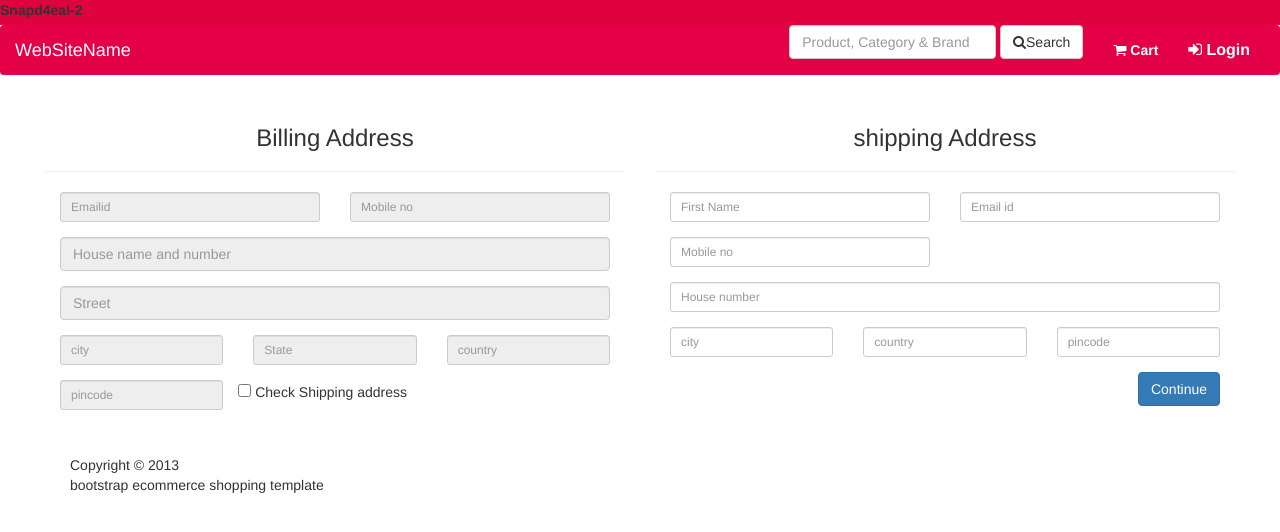
Repository: Aryans26/project
Page: http://localhost/frontend/WEB-INF/views/addressorder.jsp
The author's editor kept a copy of each file at every save. The page is drawn from the files as they stood at one save, then again after the next save.
The browser window is 1280 px wide. The pictures show the whole page.
Some web libraries are served in a nearby version. The page is served by Tomcat 9. Nobody is signed in. Other server files are loaded and not shown. The template is opened directly, without the code that normally fills it, so the values that code supplies are empty.

Above is the page before, as saved 2017-06-21 08:57:47.

### frontend/src/main/webapp/WEB-INF/views/addressorder.jsp
<%@ taglib prefix="c" uri="http://www.springframework.org/tags"%>
<%@ taglib prefix="form" uri="http://www.springframework.org/tags/form"%>
<!doctype html>
<html>
<head>
<c:url value="/resource" var="res" />

<!-- <link rel="stylesheet" ref="https://maxcdn.bootstrapcdn.com/bootstrap/3.3.7/css/bootstrap.min.css"> -->
<script
	src="https://ajax.googleapis.com/ajax/libs/jquery/3.2.1/jquery.min.js"></script>
<script
	src="https://maxcdn.bootstrapcdn.com/bootstrap/3.3.7/js/bootstrap.min.js"></script>
<link rel="stylesheet" href="${res}/css/bootstrap.min.css" />
<link rel="stylesheet" href="${res}/css/style.css" />
<link rel="stylesheet" href="${res}/css/font-awesome/css/font-awesome.min.css" />

</head>
<body>
	<%@include file="navbar.jsp"%>
	<div class="span11">

	<div class="col-md-12  col-sm-12  col-xs-8 "
	style="background: #fff; padding: 30px;">

	<div class="col-md-6 col-sm-6 col-xs-12">
		<h3 class="text-center">Billing Address</h3>

		<hr>
			<div class="col-xs-6 col-sm-6 col-md-6">
			<div class="form-group">
				<form:input type="text" path="user.U_email" name="email" class="form-control input-sm" placeholder="Emailid" disabled="true"/>
			</div>
		</div>
		<div class="col-xs-6 col-sm-6 col-md-6">
			<div class="form-group">
				<form:input type="number" name="mono" path="user.U_phoneno" disabled="true" class="form-control input-sm" placeholder="Mobile no"/>
			</div>
		</div>
		<div class="col-xs-12 col-sm-12 col-md-12">
			<div class="form-group">
				<form:input type="text" class="form-control" path="billing.House_no" disabled="true" placeholder="House name and number"/>

			</div>
		</div>
		<div class="col-xs-12 col-sm-12 col-md-12">
			<div class="form-group">
				<form:input type="text" class="form-control" path="billing.Street_name" disabled="true" placeholder="Street"/>

			</div>
		</div>

		<div class="col-xs-12 col-sm-4 col-md-4">
			<div class="form-group">
			<form:input type="text" name="City" disabled="true"
				class="form-control input-sm" placeholder="city" path="billing.City"/>
			</div>
		</div>
		<div class="col-xs-12 col-sm-4 col-md-4">
			<div class="form-group">
			<form:input type="text" name="City" disabled="true"
				class="form-control input-sm" placeholder="State" path="billing.State"/>
			</div>
		</div>
		<div class="col-xs-12 col-sm-4 col-md-4">
			<div class="form-group">
				<form:input type="text" name="Country" disabled="true"
				class="form-control input-sm" placeholder="country" path="billing.Country" />
			</div>
		</div>
		<div class="col-xs-12 col-sm-4 col-md-4">
			<div class="form-group">
			<form:input type="text" name="Pincode" disabled="true"
					class="form-control input-sm" placeholder="pincode" path="billing.Pincode" />
			</div>
		</div>
		<input class="coupon_question" type="checkbox" name="coupon_question"
			value="1"> <span class="item-text">Check Shipping
			address</span>
	</div>


	<div class="col-md-6 shipping col-sm-6 col-xs-12">
		<h3 class="text-center">shipping Address</h3>

		<hr>
	<c:url value="/orderConfirm" var="a"/>
		<form:form action="${a}" method="post" commandName="shippingAddress">


		<div class="col-xs-6 col-sm-6 col-md-6">
			<div class="form-group">
				<form:input type="text" name="first_name" id="first_name" class="form-control input-sm" placeholder="First Name" path="Ship_name"/>
			</div>
		</div>
<!-- 		<div class="col-xs-6 col-sm-6 col-md-6"> -->
<!-- 			<div class="form-group"> -->
<%-- 				<form:input type="text" name="last_name" id="last_name" class="form-control input-sm" placeholder="Last Name" path="lastname"/>  --%>
<!-- 			</div> -->
<!-- 		</div> -->

		<div class="col-xs-6 col-sm-6 col-md-6">
			<div class="form-group">
				<form:input type="text" name="first_name" id="first_name" class="form-control input-sm" placeholder="Email id" path="Ship_email"/>
			</div>
		</div>
		<div class="col-xs-6 col-sm-6 col-md-6">
			<div class="form-group">
				<form:input type="text" name="Mobile_no" class="form-control input-sm" placeholder="Mobile no" path="Ship_mono"/>
		</div>
</div>
		<div class="col-xs-12 col-sm-12 col-md-12">
			<div class="form-group">
				<form:input type="text" class="form-control input-sm" placeholder="House number" path="Ship_houseno"/>

			</div>
		</div>

		<div class="col-xs-12 col-sm-4 col-md-4">
			<div class="form-group">
				<form:input type="text"	class="form-control input-sm" placeholder="city" path="Ship_city"/>
			</div>
		</div>
		<div class="col-xs-12 col-sm-4 col-md-4">
			<div class="form-group">
				<form:input type="text"	class="form-control input-sm" placeholder="country" path="Ship_country"/>
			</div>
		</div>

		<div class="col-xs-12 col-sm-4 col-md-4">
			<div class="form-group">
				<form:input type="text" class="form-control input-sm" placeholder="pincode" path="Ship_pincode" />
			</div>
		</div>

	<div class="col-md-12">
		<input type="submit" class="btn btn-primary pull-right" value="Continue">
	</div>
   </form:form>
</div>
</div></div>
<!--
Footer
-->

<!-- /container -->

<div class="copyright">
<div class="container">

	<span>Copyright &copy; 2013<br> bootstrap ecommerce shopping template</span>
</div>
</div>
<a href="#" class="gotop"><i class="icon-double-angle-up"></i></a>

  </body>
</html>

### frontend/src/main/webapp/WEB-INF/views/navbar.jsp
<%@ taglib prefix="c" uri="http://www.springframework.org/tags"%>
<%@ taglib prefix="form" uri="http://www.springframework.org/tags/form"%>
<%@ taglib prefix="security" uri="http://www.springframework.org/security/tags" %>
<%@ taglib prefix="c1" uri="http://java.sun.com/jsp/jstl/core"%>
<!DOCTYPE html >
<html>
<head>
<meta http-equiv="Content-Type" content="text/html; charset=ISO-8859-1">
<title>Insert title here</title>
</head>
<body>
	<div class="headder">
		<b>Snapd4eal-2</b>
	</div>

	<nav class="navbar navbar-default" style="color: white;">
		<div class="container-fluid">
			<div class="navbar-header">
				<button type="button" class="navbar-toggle" data-toggle="collapse" data-target="#myNavbar">
					<span class="icon-bar"></span> <span class="icon-bar"></span>
					<span class="icon-bar"></span>
				</button>
				<a class="navbar-brand" href="<c:url value="/"/>"
					style="color: white;">WebSiteName</a>
				<form class="navbar-form navbar-right visible-sm visible-xs">
					<div class="form-group">
						<input type="text" class="form-control"
							placeholder="Product, Category & Brand">
					</div>
					<button type="submit" class="btn btn-default">
						<i class="fa fa-search"></i>Search
					</button>

				</form>
			</div>
			<div class="collapse navbar-collapse" id="myNavbar">
			<c1:if test="${pageContext.request.userPrincipal.name!=null}">
			<security:authorize access="hasRole('ROLE_ADMIN')">
				<ul class="nav navbar-nav">
					<li style="color: white;"><a
						href="<c:url value="/category"/>">Add Category</a></li>
					<li style="color: white;"><a
						href="<c:url value="/addproduct"/>">Add Product</a></li>
					<li style="color: white;"><a
						href="<c:url value="/supplier"/>">Add Supplier</a></li>
<!-- 					<li style="color: white;"><a -->
<%-- 						href="<c:url value="/addcard"/>">Add Card</a></li> --%>

				</ul>
				</security:authorize>
				</c1:if>
				<ul class="nav navbar-nav navbar-right">
					<li><a href="<c:url value="/viewcart"/>"><i class="fa fa-shopping-cart"></i>
							Cart</a></li>

					<li class="dropdown"><a href="#" class="dropbtn"><span
							class="fa fa-sign-in"></span>
							<c1:if test="${pageContext.request.userPrincipal.name==null}"> Login </c1:if>
							 <c1:if test="${pageContext.request.userPrincipal.name!=null}">  Logout</c1:if></a>

						<div class="dropdown-content">
							<a href="#">your account</a>
							<a href="#">your orders</a>
							<c1:if test="${pageContext.request.userPrincipal.name==null}">

							<a href="<c:url value="/users"/>" class="hvr-reg-bordertop" > new user ?<br>
							<b>register</b></a>
<%-- <a href="<c:url value="/login"/>"><button type="button" class="btn btn-danger" style="width: 90%; margin: 10px;">Login</button></a> --%>
							<button type="button" class="btn btn-danger" data-toggle="modal"
								data-target="#myModal" style="width: 90%; margin: 10px;">Login</button>
								</c1:if>

								<c1:if test="${pageContext.request.userPrincipal.name!=null}">
					<a href="<c:url value="/j_spring_security_logout"/>"><button type="button" class="btn btn-danger" >Logout</button></a>
								</c1:if>
						</div></li>

				</ul>
				<form class="navbar-form navbar-right hidden-sm hidden-xs">
					<div class="form-group">
						<input type="text" class="form-control"
							placeholder="Product, Category & Brand">
					</div>
					<button type="submit" class="btn btn-default">
						<i class="fa fa-search"></i>Search
					</button>

				</form>

			</div>
		</div>
	</nav>


	<!-- Modal -->
	<div class="modal fade" id="myModal" role="dialog">
		<div class="modal-dialog modal-lg">
			<div class="modal-content">
				<div class="modal-header">
					<button type="button" class="close" data-dismiss="modal">&times;</button>
					<h4 class="modal-title">Login</h4>
				</div>
				<div class="modal-body">
				<c1:url value="/j_spring_security_check" var="a"/>
					<form role="form" method="post" action="${a} ">
						<div class="form-group">
				<label for="email">Email address:</label>
				<input type="email" class="form-control" id="email" name="j_username" placeholder="Email Id">
						</div>
						<div class="form-group">
				<label for="pwd">Password:</label>
				 <input type="password" class="form-control" id="pwd" name="j_password" placeholder="Password">
						</div>
						<div class="checkbox">
							<label><input type="checkbox"> Remember me</label>
						</div>
						<a class="cursor" data-dismiss="modal" data-toggle="modal"
							data-target="#myModal1">new User ? <b>register</b></a>
						<button type="submit" class="btn btn-success">Submit</button>
					</form>
				</div>
				<div class="modal-footer">
					<button type="button" class="btn btn-default" data-dismiss="modal">Close</button>
				</div>
			</div>
		</div>
	</div>

</body>
</html>

### frontend/src/main/webapp/resource/css/style.css
@charset "utf-8";
/* CSS Document */
.headder {
	min-height: 25px;
	background-color: #E0013F;
}

.navbar-default, .navbar-default li {
	background-color: #e40046;
	color: white;
}

.navbar-default li a {
	color: #FFF;
	font-weight: bold;
}

.navbar-nav li:hover, .navbar-nav li:focus, .navbar-nav li:active {
	background-color: #333;
}

.navbar-nav dropdown:hover {
	background-color: #333;
}

.dropbtn {
	color: white;
	padding: 16px;
	font-size: 16px;
	border: none;
	cursor: pointer;
}

.
.dropdown:hover {
	background-color: #333;
	color: white;
	padding: 16px;
	font-size: 16px;
	border: none;
	cursor: pointer;
}

.dropdown {
	position: relative;
	display: inline-block;
}

.dropdown-content {
	display: none;
	position: absolute;
	background-color: #333;
	min-width: 160px;
	right: 5px;
	box-shadow: 0px 8px 16px 0px rgba(0, 0, 0, 0.2);
	z-index: 1;
}

.dropdown-content a {
	color: black;
	font-size: 14px !important;
	font-weight: normal !important;
	text-align: center;
	padding: 12px 16px;
	text-decoration: none;
	display: block;
}

.dropdown-content a:hover {
	background-color: #000;
}

.dropdown:hover .dropdown-content {
	display: block;
}

.dropdown:hover .dropbtn {
	background-color: #333;
}

.dropdown-content .hvr-reg-bordertop {
	border-top: 1px solid #999;
	padding-top: 20px;
	margin-bottom: 0;
	padding-bottom: 0;
}

.cursor {
	cursor: pointer;
}

.form-fill{
	max-width:500px;
	box-shadow:2px 2px 8px  grey;
	padding:30px 20px;
	margin:10px auto;
	border-radius:10px;
}

.form-list-table{
	border:2px solid grey;
	box-shadow:4px 4px 8px grey;
	border-radius:10px;
}
.head3{
	color:#e40046;
	font-weight:bold;
	text-align:center;
	text-shadow:2px 2px 4px grey;
}

.items-list-head > div{
	Color:red;
	text-align:center;
	font-weight:bolder;
	font-size:20px;
}
.items-list > div{
	border-top:1px solid grey;
	line-height:40px;
	text-align:center;
	font-weight:bold;
}

.box-shadow{
	border-radius:10px;
	box-shadow:2px 2px 8px grey;
}

.list-head{
	font-size:16px;
	font-weight:bold;
	text-shadow:1px 1px 1px grey;
}

Loaded but not shown: frontend/src/main/webapp/resource/css/bootstrap.min.css (library); frontend/src/main/webapp/resource/css/font-awesome/css/font-awesome.min.css (library)

After the next save:
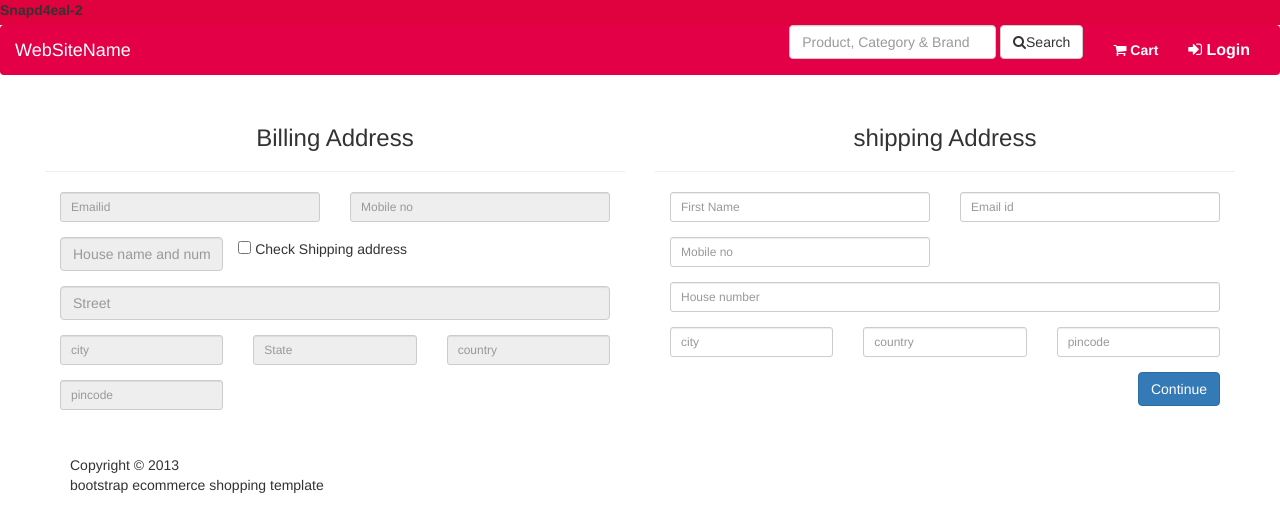
Saved 31 s later.
--- a/frontend/src/main/webapp/WEB-INF/views/addressorder.jsp
+++ b/frontend/src/main/webapp/WEB-INF/views/addressorder.jsp
@@ -36,7 +36,7 @@
 				<form:input type="number" name="mono" path="user.U_phoneno" disabled="true" class="form-control input-sm" placeholder="Mobile no"/>
 			</div>
 		</div>
-		<div class="col-xs-12 col-sm-12 col-md-12">
+		<div class="col-xs-4 col-sm-4 col-md-4">
 			<div class="form-group">
 				<form:input type="text" class="form-control" path="billing.House_no" disabled="true" placeholder="House name and number"/>
 
